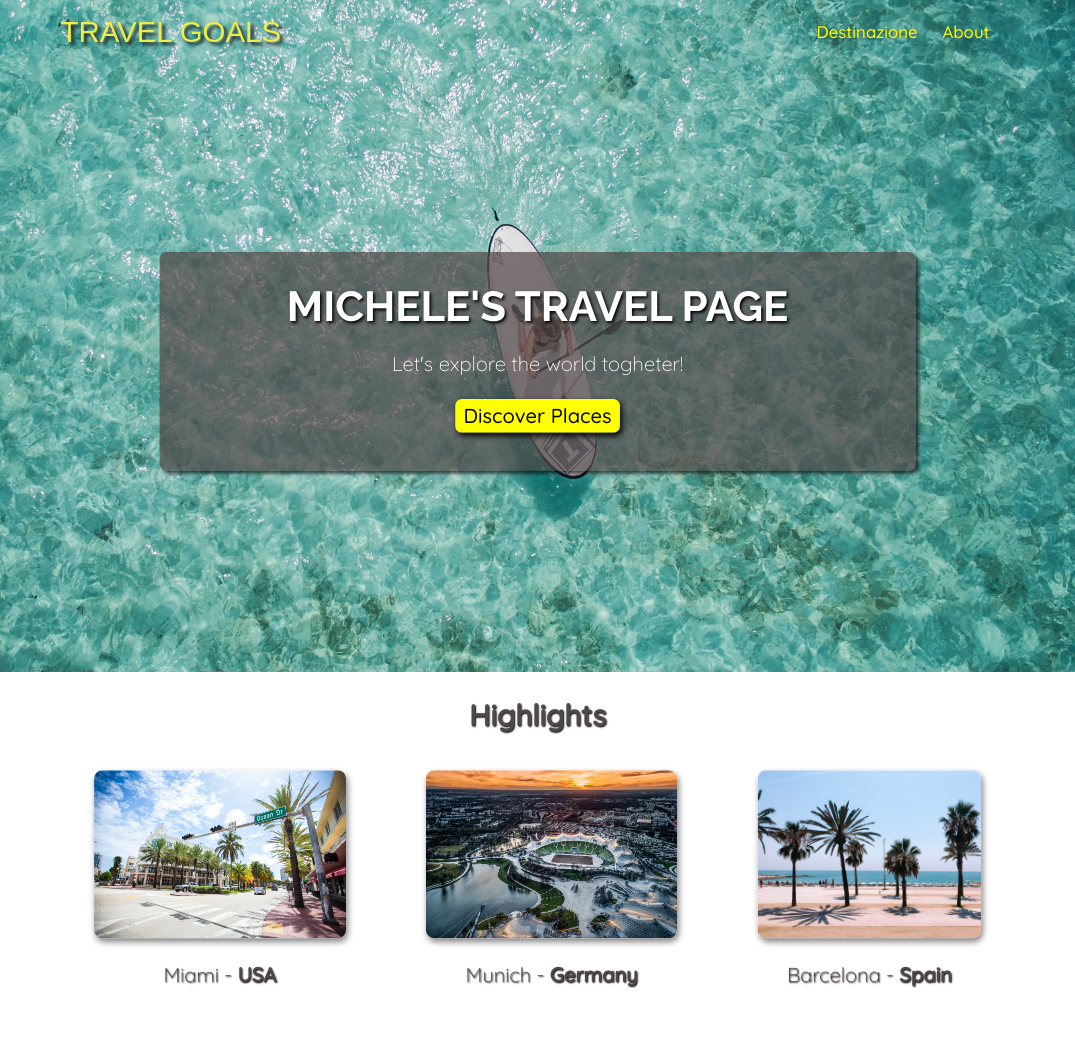
Repository: MicTomm/Travel-Goals
Page: index.html
The author's editor kept a copy of each file at every save. The page is drawn from the files as they stood at one save, then again after the next save.
The browser window is 1280 px wide. The pictures show the whole page, at 84% of full size.
Some web fonts or font styles are not loaded; a fallback is used.

Above is the page before, as saved 2023-06-05 17:40:58.

### index.html
<!DOCTYPE html>
<html lang="it">

<head>
    <meta charset="UTF-8">
    <title>Travel Goals</title>
    <link rel="stylesheet"
        href="https://fonts.googleapis.com/css2?family=Raleway:wght@700&family=Oleo+Script:wght@700&family=Quicksand:wght@300;500&display=swap">
    <link href="styles/shared.css" rel="stylesheet">
    <link href="styles/main-page-style.css" rel="stylesheet">
</head>

<body>
    <header>
        <div id="logo">
            <a href="/index.html">Travel Goals</a>
        </div>
        <nav>
            <ul>
                <li><a href="/places.html">Destinazione</a></li>
                <li><a href="">About</a></li>
            </ul>
        </nav>
    </header>
    <main>
        <section id="hero-image-section">
            <div id="div-section1">
                <h1>Michele's Travel Page</h1>
                <p>Let's explore the world togheter!</p>
                <a href="/places.html">Discover Places</a>
            </div>
        </section>
        <section id="highlights">
            <h2>Highlights</h2>
            <ul id="destinations">
                <li class="destination">
                    <img src="images/places/miami.jpg" alt="Miami">
                    <p>Miami - <strong>USA</strong></p>
                </li>
                <li class="destination">
                    <img src="/images/places/munich.jpg" alt="Munich">
                    <p>Munich - <strong>Germany</strong></p>
                </li>
                <li class="destination">
                    <img src="/images/places/barcelona.jpg" alt="Barcelona">
                    <p>Barcelona - <strong>Spain</strong></p>
                </li>
            </ul>
        </section>
    </main>
    <footer></footer>
</body>

</html>

### styles/shared.css
body {
    margin: 0px;
    font-family: 'Quicksand', sans-serif;
}

ul {
    list-style: none;
    padding: 0px;
    margin: 0px;
}

header {
    display: flex;
    justify-content: space-between;
    align-items: center;
    padding: 15px 60px;
    position: absolute;
    width: 100%;
    top: 0;
    left: 0;
    box-sizing: border-box;
}

header ul {
    margin: 10px;
    display: flex;
    justify-content: space-between;
    width: 250px;
}

header li {
    width: 100px;
}

header a {
    color: yellow;
    text-decoration: none;
    font-size: 20px;
    padding: 12px;
    text-shadow: 1px 1px 4px rgba(0, 0, 0, 0.5);
}

header a:hover {
    background-color: yellow;
    box-shadow: 2px 2px 4px rgba(0, 0, 0, 0.5);
    color: rgb(67, 60, 60);
    text-shadow: 1px 1px 2px rgb(0, 0, 0, 0.5);
    border-radius: 8px;
}

#logo a {
    font-family: 'Oleo script', sans-serif;
    font-size: 35px;
    text-decoration: none;
    color: rgb(237, 237, 70);
    text-shadow: 4px 4px 4px rgb(31, 29, 29);
    text-transform: uppercase;
}

#logo a:hover {
    background-color: transparent;

}

### styles/main-page-style.css
#hero-image-section {
    text-align: center;
    background-image: url("/images/places/ocean.jpg");
    background-position: center;
    background-size: cover;
    height: 800px;
    /* padding-top: 100px; (alternativa per spostare div-section1 più in basso)*/
}

#div-section1 {
    background-color: rgba(82, 70, 70, 0.7);
    box-shadow: 4px 4px 4px rgba(18, 18, 18, 0.7);
    width: 900px;
    margin: 0px auto;
    padding: 35px 0 50px 0;
    border-radius: 8px;
    position: relative;
    top: 300px;
}

#div-section1 h1 {
    font-size: 50px;
    color: white;
    font-family: 'Raleway', sans-serif;
    text-shadow: 2px 2px 4px black;
    text-transform: uppercase;
    margin: 0px;
}

#div-section1 p {
    color: white;
    font-size: 24px;
    font-weight: 300;
    margin-bottom: 32px;
}

#div-section1 a{
 font-size: 24px;
 text-decoration: none;
 color: black;
 border-radius: 8px;
 background-color: yellow;
 padding: 5px 10px;
 box-shadow: 3px 4px 8px black;
}

#div-section1 a:hover{
    background-color: greenyellow;
    text-shadow: 1px 1px 2px rgba(0, 0, 0, 0.5);
}

#highlights{
    text-align: center;
}

#highlights ul{
    display: flex;
    width: 90%;
    margin: auto;
    padding: 15px;
    margin-bottom: 40px;
    justify-content: space-around;

}

#highlights li{
   margin: 0px 20px;
}

#highlights img{
    height: 200px;
    box-shadow: 2px 4px 8px rgb(0, 0, 0, 0.5);
    border-radius: 10px;
    width: 100%;
    object-fit: cover;
}

#highlights h2{
    font-size: 35px;
    text-shadow: 1px 1px 2px black;
    color: rgb(79, 72, 72);
}

#highlights p{
    color: rgb(79, 72, 72);
    text-shadow: 1px 1px 2px black;
    font-size: 24px;
    font-weight: 300;
    margin-bottom: 32px;
}

After the next save:
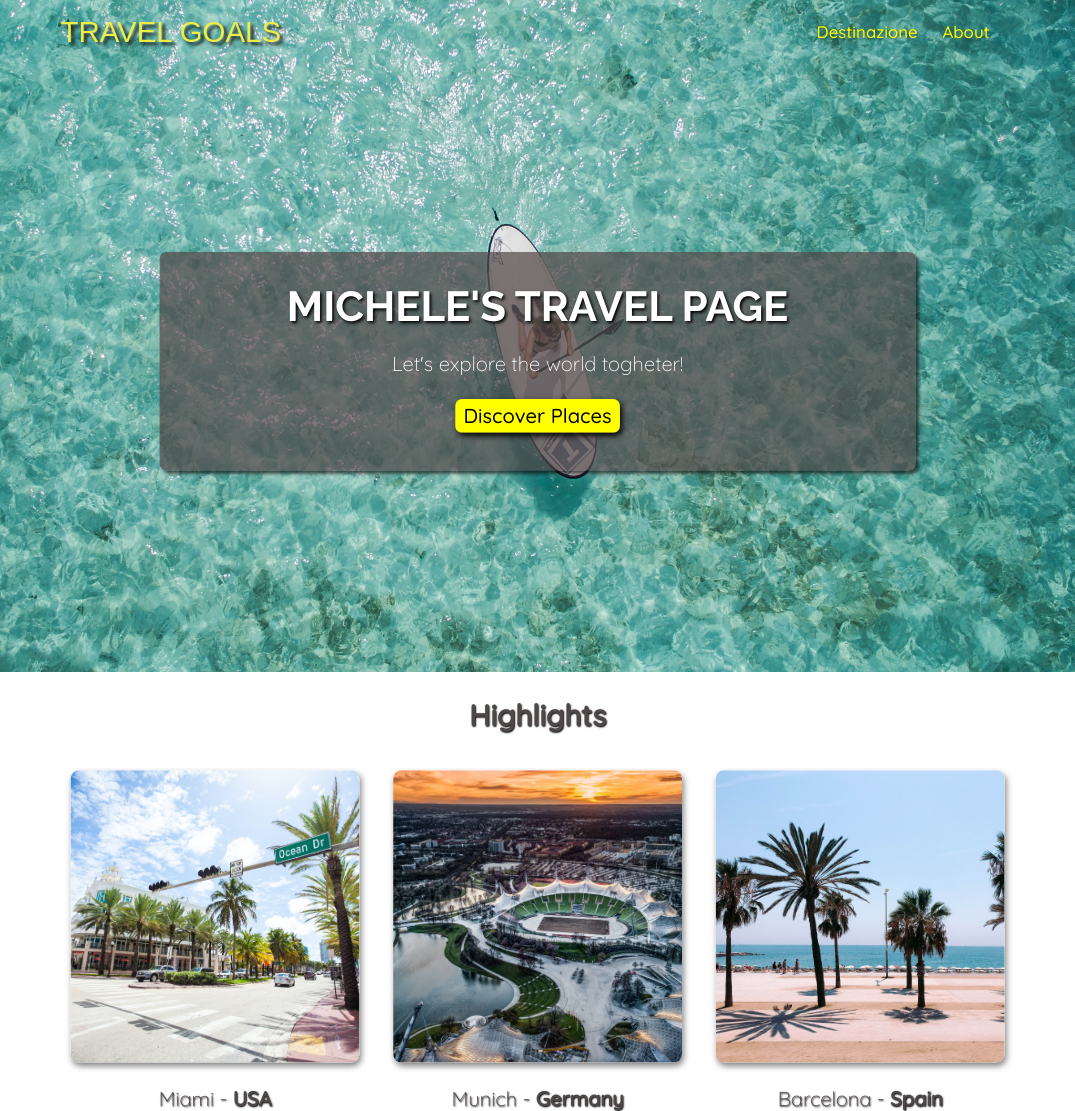
Saved 16 s later.
--- a/styles/main-page-style.css
+++ b/styles/main-page-style.css
@@ -68,10 +68,10 @@
 }
 
 #highlights img{
-    height: 200px;
+    height: 100%;
+    width: 100%;
     box-shadow: 2px 4px 8px rgb(0, 0, 0, 0.5);
     border-radius: 10px;
-    width: 100%;
     object-fit: cover;
 }
 
